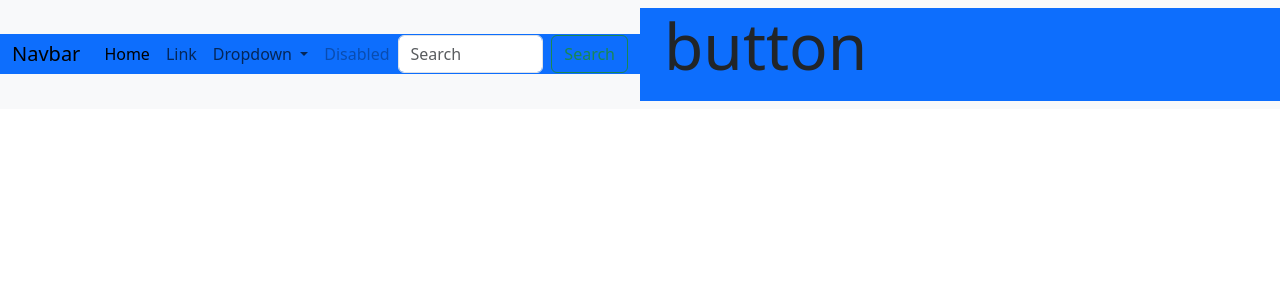
Repository: Riyakashiwala/practical
Page: riya 6th sem/book website.html
These files come from the project's save history. The page is drawn as it stood at one moment and after the next save; the edit follows.
The browser window is 1280 px wide. The pictures show the whole page.

Above is the page before, as saved 2024-12-11 06:36:08.

After the next save:
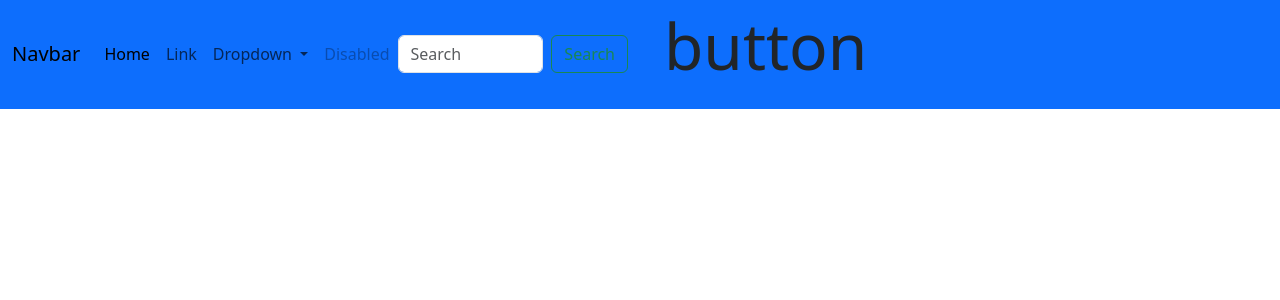
Saved 19 s later.
--- a/riya 6th sem/book website.html
+++ b/riya 6th sem/book website.html
@@ -9,7 +9,7 @@
 
 </head>
 <body>
-    <nav class="navbar navbar-expand-lg bg-body-tertiary">
+    <nav class="navbar navbar-expand-lg bg-primary">
         <div class="container-fluid bg-primary">
             <a class="navbar-brand" href="#">Navbar</a>
             <button class="navbar-toggler" type="button" data-bs-toggle="collapse" data-bs-target="#navbarSupportedContent" aria-controls="navbarSupportedContent" aria-expanded="false" aria-label="Toggle navigation">
